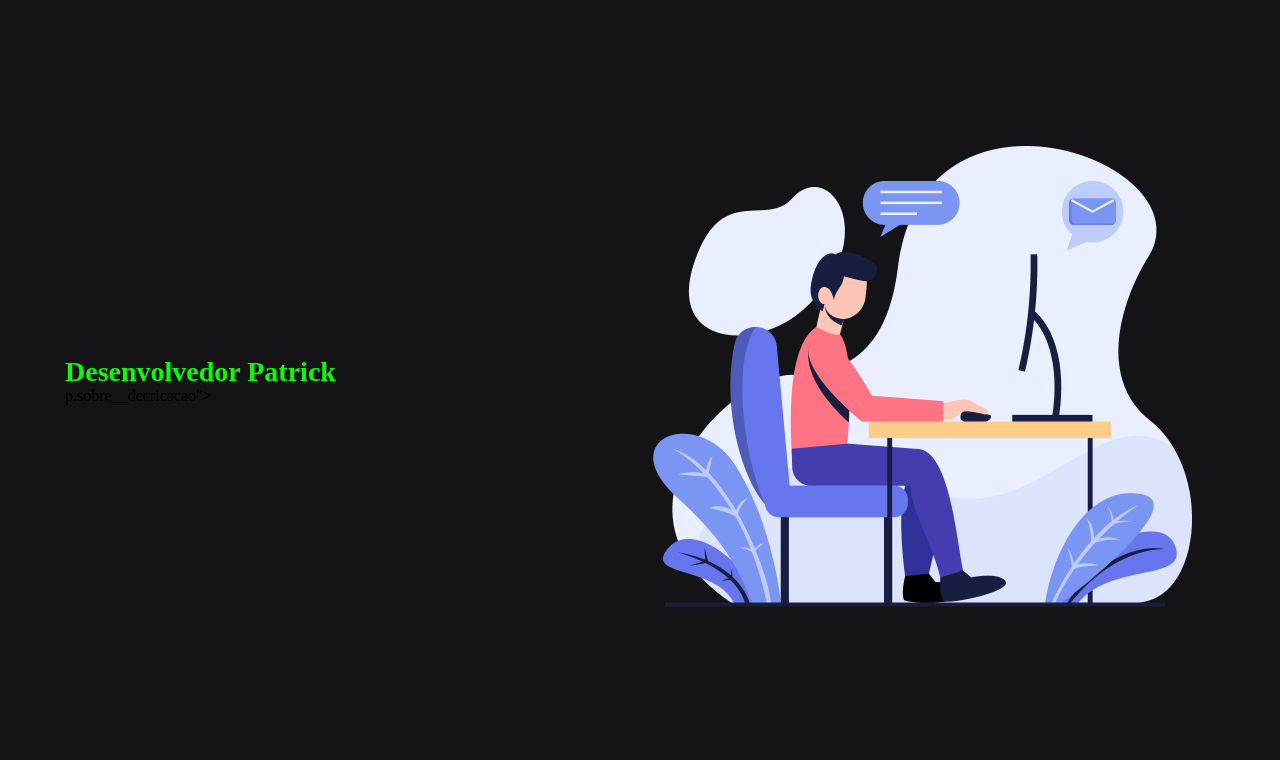
Repository: PatrickAlmeida007/aula1811
Page: index.html
An editor plug-in stored every save of this project. The page is shown before and after the next save, followed by the edit.
The browser window is 1280 px wide. The pictures show the whole page.

Above is the page before, as saved 2023-11-18 15:31:05.

After the next save:
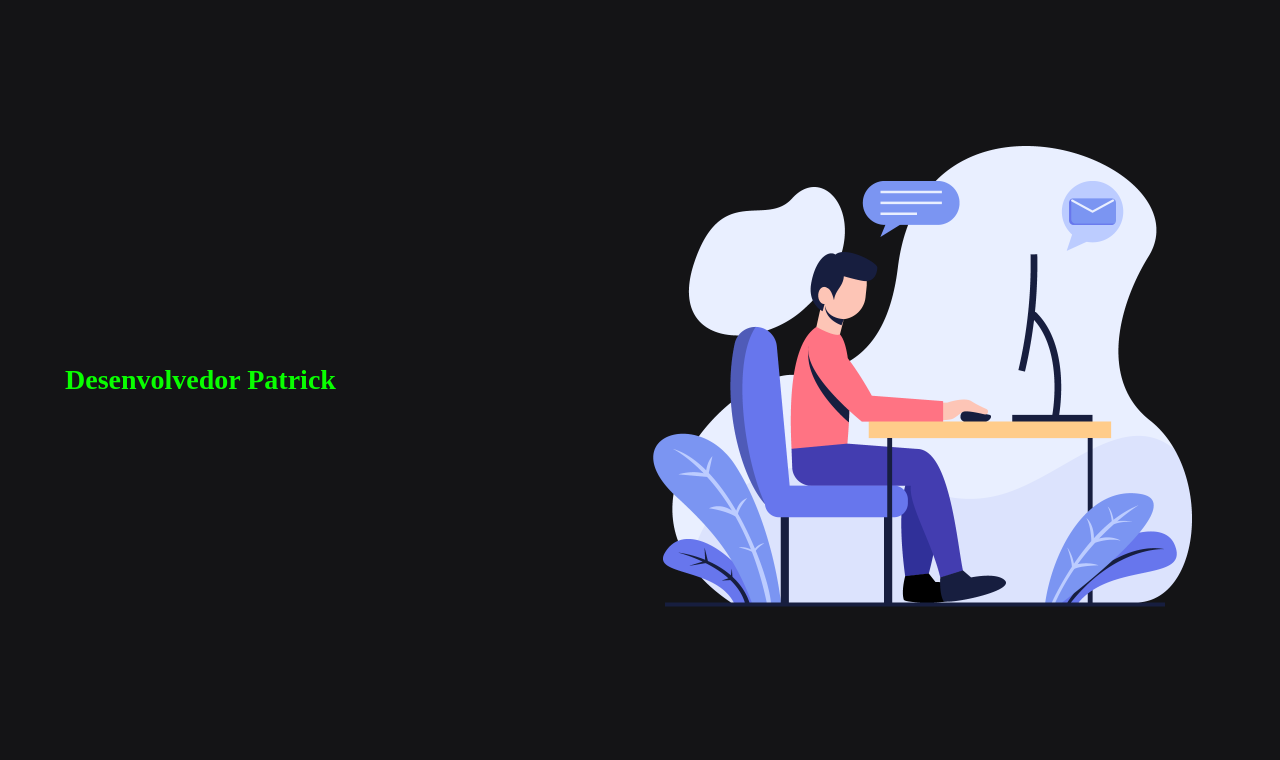
Saved 6 s later.
--- a/index.html
+++ b/index.html
@@ -15,7 +15,7 @@
                     <h1 class="sobre__titulo sobre__titulo--verde">
                         Desenvolvedor Patrick
                     </h1>
-                    p.sobre__decricacao">
+                    <p.sobre__decricacao">
                     </div>
                     <div class="sobre__imagem">
                         <img src="./imagens/campiuter gai.png" alt="computer-guy">
